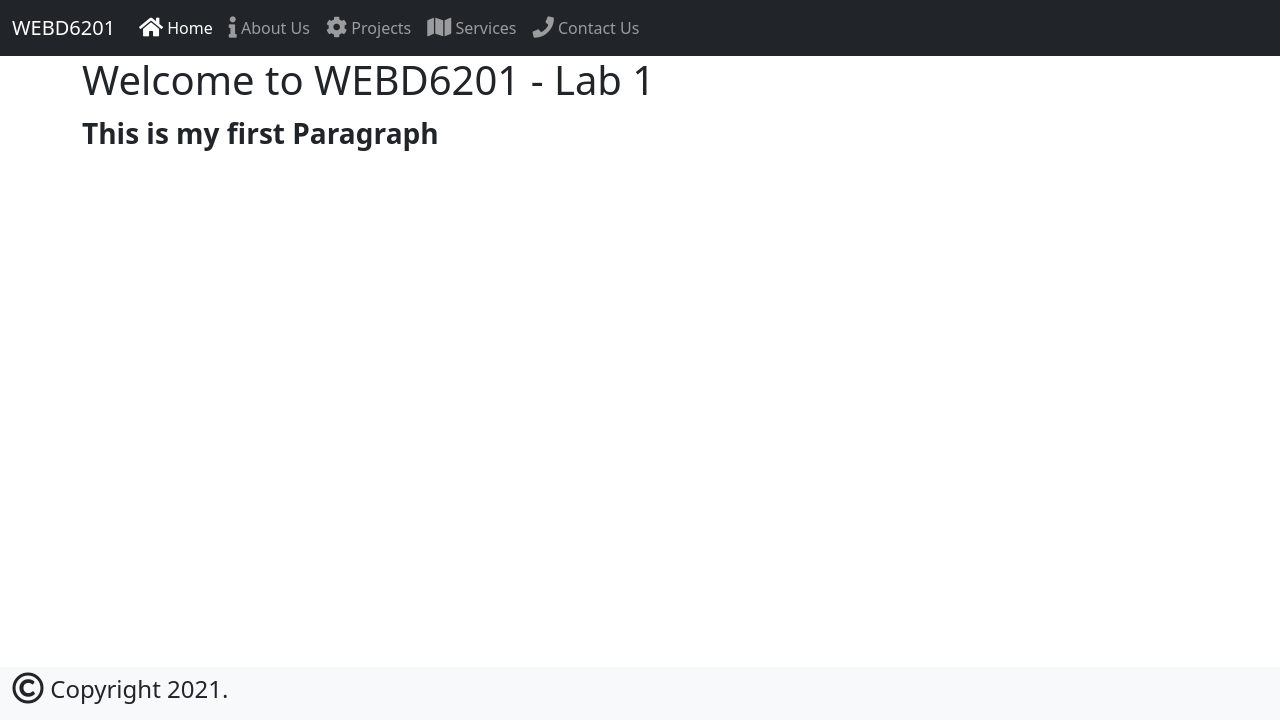
Repository: CKM206/WebD6201-W2021-ICE5
Page: index.html
The author's editor kept a copy of each file at every save. The page is drawn from the files as they stood at one save, then again after the next save.
The browser window is 1280 px wide. The pictures show the whole page.

Above is the page before, as saved 2021-03-07 00:40:00.

### index.html
<!DOCTYPE html>
<html lang="en">
<head>
    <meta charset="UTF-8">
    <meta name="viewport" content="width=device-width, initial-scale=1.0">
    <title>Home</title>
    <!-- CSS Section -->
    <link rel="stylesheet" href="./node_modules/bootstrap/dist/css/bootstrap.min.css">
    <link rel="stylesheet" href="./node_modules/@fortawesome/fontawesome-free/css/all.min.css">
    <link rel="stylesheet" href="./Content/app.css">
</head>
<body>
    <!-- Main Header -->
    <header>
        <!-- Main Navigation -->
        <nav class="navbar navbar-expand-lg navbar-dark bg-dark">
            <div class="container-fluid">
              <a class="navbar-brand" href="index.html">WEBD6201</a>
              <button class="navbar-toggler" type="button" data-bs-toggle="collapse" data-bs-target="#navbarSupportedContent" aria-controls="navbarSupportedContent" aria-expanded="false" aria-label="Toggle navigation">
                <span class="navbar-toggler-icon"></span>
              </button>
              <div class="collapse navbar-collapse" id="navbarSupportedContent">
                <ul class="navbar-nav me-auto mb-2 mb-lg-0">
                  <li class="nav-item">
                    <a class="nav-link active" aria-current="page" href="index.html"><i class="fas fa-home fa-lg"></i> Home</a>
                  </li>

                  <li class="nav-item">
                    <a class="nav-link" aria-current="page" href="about.html"><i class="fas fa-info fa-lg"></i> About Us</a>
                  </li>

                  <li class="nav-item">
                    <a class="nav-link" aria-current="page" href="projects.html"><i class="fas fa-cog fa-lg"></i> Projects</a>
                  </li>

                  <li class="nav-item">
                    <a class="nav-link" aria-current="page" href="services.html"><i class="fas fa-map fa-lg"></i> Services</a>
                  </li>

                  <li class="nav-item">
                    <a class="nav-link" aria-current="page" href="contact.html"><i class="fas fa-phone fa-lg"></i> Contact Us</a>
                  </li>
                </ul>
              </div>
            </div>
          </nav>
    </header>

    <!-- Main Content -->
    <main class="container">
        <h1>Welcome to WEBD 6201</h1>
        <p id="paragraphOne"></p>
        <button>My Button</button>
    </main>

    <!-- Main Footer -->
    <footer>
        <nav class="navbar fixed-bottom navbar-light bg-light">
            <div class="container-fluid">
              <h4><i class="far fa-copyright fa-lg"></i> Copyright 2021.</h4>
            </div>
          </nav>
    </footer>

    <!-- Script Section-->
    <script src="./node_modules/jquery/dist/jquery.min.js"></script>
    <script src="./node_modules/bootstrap/dist/js/bootstrap.bundle.min.js"></script>

    <script src="./Scripts/namespace.js"></script>
    <script src="./Scripts/app.js"></script>
</body>
</html>

### Content/app.css
/* custom css goes here */
.input-group-addon:first-child
{
    border-right: 0;
}

.input-group-addon
{
    padding: 6px 12px;
    font-size: 14px;
    font-weight: 400;
    line-height: 1;
    text-align: center;
    border: 1px solid darkgrey;
    border-radius: 4xpx;
}

.input-group-addon .fa
{
    font-size: 18px;
}

.input-group .form-control
{
    position:relative;
    z-index: 2;
    float:left;
    width: 100%;
    margin-bottom: 0;
}

.input-group .form-control:last-child
{
    border-top-left-radius: 0;
    border-bottom-left-radius: 0;
}



.login
{
    padding: 2rem 1rem;
    margin-bottom: 2rem;
    background-color: lightgrey;
    border-radius: .3rem;
}

.login input
{
    background-color: white;
    border-color: darkgrey;
    border-radius: .4em;
    width: 100%;
}

### Scripts/namespace.js

// namespace core
let core;

### Scripts/app.js
/* custom JavaScript goes here */

//IIFE - Immediately Invoked Function Expression
//AKA - Anonymous Self-Executing Function
//Closure - limits scope leak

"use strict";

((core) =>
{
    function displayHome()
    {
        let paragraphOneText =
          "This is a simple site to demonstrate DOM Manipulation for ICE 1";

        let paragraphOneElement = document.getElementById("paragraphOne");

        paragraphOneElement.textContent = paragraphOneText;
        paragraphOneElement.className = "fs-5";

        // Step 1. document.createElement
        let newParagraph = document.createElement("p");
        // Step 2. configure the element
        newParagraph.setAttribute("id", "paragraphTwo");
        newParagraph.textContent = "...And this is paragraph two";
        // Step 3. select the parent element
        let mainContent = document.getElementsByTagName("main")[0];
        // Step 4. Add / Insert the element
        mainContent.appendChild(newParagraph);

        newParagraph.className = "fs-6";

        // another way of injecting content
        let paragraphDiv = document.createElement("div");
        let paragraphThree = `<p id="paragraphThree" class="fs-7 fw-bold">And this is the Third Paragraph</p>`;
        paragraphDiv.innerHTML = paragraphThree;

        // insertions

        // example of inserting before a node
        //newParagraph.before(paragraphDiv);

        // example of inserting after a node
        newParagraph.after(paragraphDiv);

        // deletions

        // example of removing a single element
        //paragraphOneElement.remove();

        // example of removeChild
        mainContent.removeChild(paragraphOneElement);

        // update / modification
        //mainContent.firstElementChild.textContent = "Welcome Home!";

        mainContent.innerHTML = `<h1 id="firstHeading">Welcome to WEBD6201 - Lab 1</h1>
         <p id="paragraphOne" class="fs-3 fw-bold">This is my first Paragraph</p>
        `;

    }

    function displayAbout()
    {

    }

    function displayProjects()
    {

    }

    function displayServices()
    {

    }

    function testFullName()
    {
      let messageArea = $("#messageArea").hide();
      let fullNamePattern = /([A-Z][a-z]{1,25})+(\s|,|,\s|-)([A-Z][a-z]{1,25})(\s|,|,\s|-)*/

        // form validation
        $("#fullName").on("blur", function()
        {
          if(!fullNamePattern.test($(this).val()))
          {
            $(this).trigger("focus").trigger("select");
            messageArea.show().addClass("alert alert-danger").text("Please enter a valid Full Name. This must include at least an Capitalized First and Last Name.");
          }
          else
          {
              messageArea.removeAttr("class").hide();
          }
        });
    }

    function testContactNumber()
    {
      let messageArea = $("#messageArea").hide();
      let contactNumberPattern = /^(\+\d{1,2}\s)?\(?\d{3}\)?[\s.-]?\d{3}[\s.-]?\d{4}$/
        // form validation
        $("#contactNumber").on("blur", function()
        {
          if(!contactNumberPattern.test($(this).val()))
          {
            $(this).trigger("focus").trigger("select");
            messageArea.show().addClass("alert alert-danger").text("Please enter a valid Contact Number. Country Code and Area Code are optional.");
          }
          else
          {
              messageArea.removeAttr("class").hide();
          }
        });
    }

    function testEmailAddress()
    {
      let messageArea = $("#messageArea").hide();
      let emailAddressPattern = /^([a-zA-Z0-9._%-]+@[a-zA-Z0-9.-]+\.[a-zA-Z]{2,6})*$/
        // form validation
        $("#emailAddress").on("blur", function()
        {
          if(!emailAddressPattern.test($(this).val()))
          {
            $(this).trigger("focus").trigger("select");
            messageArea.show().addClass("alert alert-danger").text("Please enter a valid email address.");
          }
          else
          {
              messageArea.removeAttr("class").hide();
          }
        });
    }

    function formValidation()
    {
      testFullName();
      testContactNumber();
      testEmailAddress();
    }

    function displayContact()
    {

      // Form Validation
      formValidation();

      $("#sendButton").on("click", (event)=>
      {
        if($("#subscribeCheckbox")[0].checked)
        {
          let contact = new core.Contact(fullName.value, contactNumber.value, emailAddress.value);

          if(contact.serialize())
          {
            let key = contact.FullName.slice(0,1) + Date.now();
            localStorage.setItem(key, contact.serialize());
          }
          }
      });
    }

    function displayContactList()
    {
      // SHows what happens with asynchronous methods
      //console.log("Outside the event listener: " + XHR.responseText);

      if (localStorage.length > 0)
      {
        let contactList = document.getElementById("contactList");

        let data = "";

        let keys = Object.keys(localStorage);

        let index = 0;

        for (const key of keys)
        {

          let contactData = localStorage.getItem(key);

          let contact = new core.Contact();
          contact.deserialize(contactData);

          data += `<tr>
          <th class="text-center" scope="row">${index}</th>
          <td>${contact.FullName}</td>
          <td>${contact.ContactNumber}</td>
          <td>${contact.EmailAddress}</td>
          <td class="text-center"><button value="${key}" class="btn btn-primary btn-sm edit"><i class="fas fa-edit fa-sm"></i> Edit</button></td>
          <td class="text-center"><button value="${key}" class="btn btn-danger btn-sm delete"><i class="fas fa-trash-alt fa-sm"></i> Delete</button></td>
        </tr>`;

        index++;
        }

        contactList.innerHTML = data;


        $("button.edit").on("click", function(){
          location.href = "edit.html#" + $(this).val();
         });

         $("button.delete").on("click", function(){
           if(confirm("Are you sure?"))
           {
            localStorage.removeItem($(this).val());
            location.href = "contact-list.html"; // refresh the page
           }
         });

         $("#addButton").on("click", function()
         {
           location.href = "edit.html";
         });
      }
    }


    function displayEdit()
    {
      // Get the Key from the url hash
      let key = location.hash.substring(1);
      // Set up a new contact to hold info
      let contact = new core.Contact();

      // Check if the key is empty, if not
      if (key != "")
      {
        // Get the contact information
        contact.deserialize(localStorage.getItem(key));

        // Display the information in the form
        $("#fullName").val(contact.FullName);
        $("#contactNumber").val(contact.ContactNumber);
        $("#emailAddress").val(contact.EmailAddress);
      }
      else
      {
        $("main>h1").text("Add Contact");
        $("#editButton").html('<i class="fas fa-plus-circle fa-lg"></i> Add');
      }

      // Form Validation
      formValidation();

      // When the edit button is clicked
      $("#editButton").one("click", function()
      {

        if(document.forms[0].checkValidity())
        {
          // If the key is empty, we are making a new contact
          if(key == "")
          {
            // Create a new key for this contact
            key = contact.FullName.slice(0,1) + Date.now();
          }

          // Copy the Contact Info from the form into the Contact Objet
          contact.FullName = $("#fullName").val();
          contact.ContactNumber = $("#contactNumber").val();
          contact.EmailAddress = $("#emailAddress").val();

          // Add the Contact to LocalStorage
          localStorage.setItem(key, contact.serialize());
          location.href = "contact-list.html";
        }



      });

      // When the Cancel Button is clicked
      $("#cancelButton").on("click", function()
      {
        // Return the user to the contact list
        location.href = "contact-list.html";
      });

    }

    function displayLogin()
    {

    }

    function displayRegister()
    {

    }


    function Start()
    {
        console.log("App Started...");

        switch (document.title)
        {
          case "Home":
              displayHome();
            break;
          case "About":
              displayAbout();
            break;
          case "Projects":
              displayProjects();
            break;
          case "Services":
              displayServices();
            break;
          case "Contact":
              displayContact();
            break;
          case "Contact-List":
            displayContactList();
            break;
          case "Edit":
            displayEdit();
            break;
          case "Login":
            displayLogin();
            break;
          case "Register":
            displayRegister();
            break;
        }

    }

    window.addEventListener("load", Start);

    core.Start = Start;

})(core || (core={}));

Loaded but not shown: node_modules/bootstrap/dist/css/bootstrap.min.css (library); node_modules/@fortawesome/fontawesome-free/css/all.min.css (library); node_modules/jquery/dist/jquery.min.js (library); node_modules/bootstrap/dist/js/bootstrap.bundle.min.js (library)

After the next save:
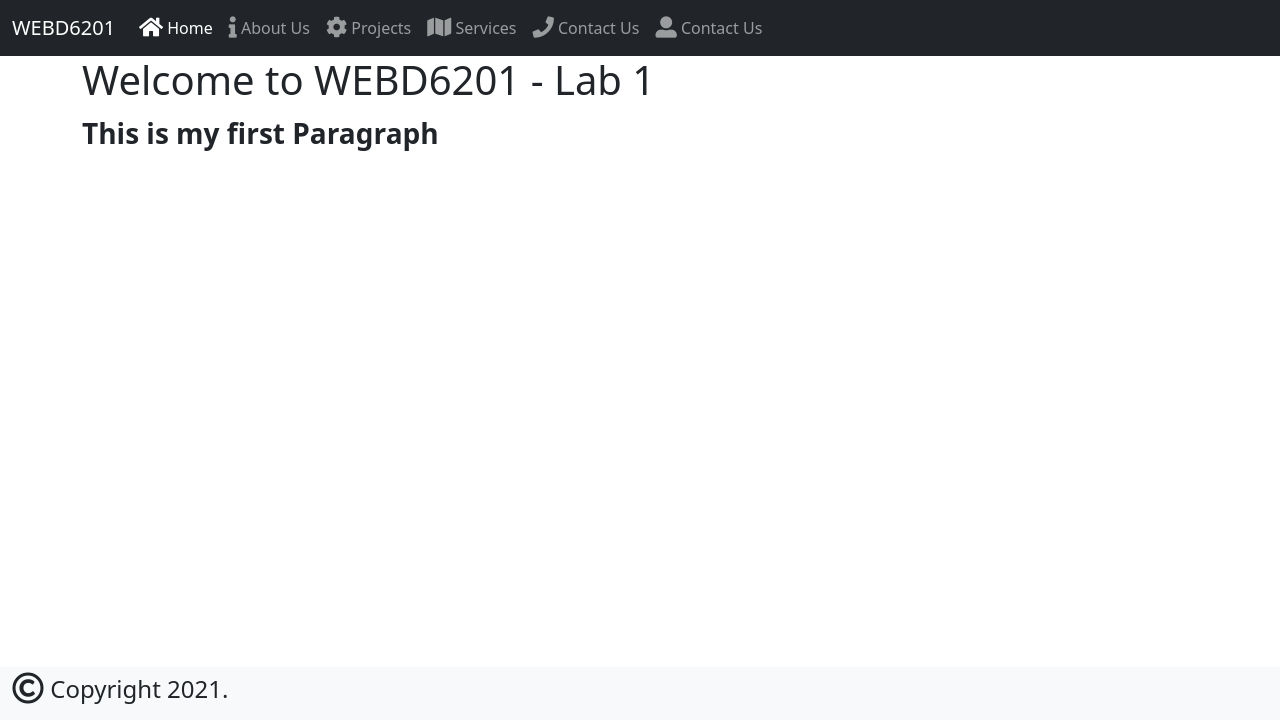
Saved 81 s later.
--- a/index.html
+++ b/index.html
@@ -40,6 +40,9 @@
                   <li class="nav-item">
                     <a class="nav-link" aria-current="page" href="contact.html"><i class="fas fa-phone fa-lg"></i> Contact Us</a>
                   </li>
+                  <li class="nav-item">
+                    <a class="nav-link" aria-current="page" href="login.html"><i class="fas fa-user-alt fa-lg"></i> Contact Us</a>
+                  </li>
                 </ul>
               </div>
             </div>
